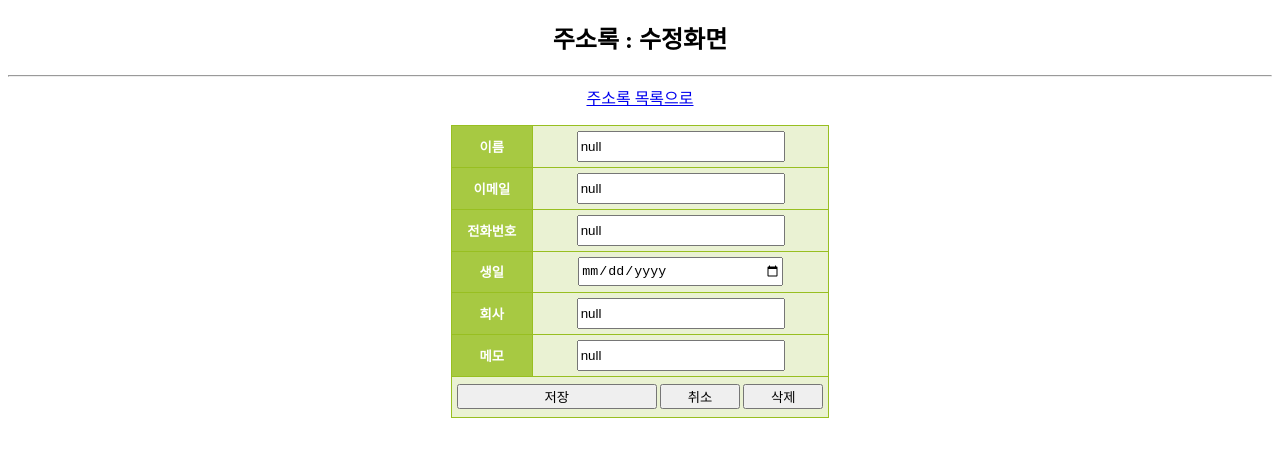
Repository: BeigeBear/TEST
Page: http://localhost/Addrbook/WebContents/addrbook_form_edit.jsp
The author's editor kept a copy of each file at every save. The page is drawn from the files as they stood at one save, then again after the next save.
The browser window is 1280 px wide. The pictures show the whole page.
The page is served by Tomcat 9. Nobody is signed in. The application's start-up code is not run. Other server files are loaded and not shown.

Above is the page before, as saved 2022-12-06 06:35:29.

### Addrbook/WebContents/addrbook_form_edit.jsp
<%@ page language="java" contentType="text/html; charset=UTF-8"
    pageEncoding="UTF-8"
    errorPage="addrbook_error.jsp"
    import="com.addrbook.model.*, java.util.*" %>

<jsp:useBean id="addr" scope="request" class="com.addrbook.model.AddrDto" />

<!DOCTYPE html>
<html>
<head>

	<script>
		function delcheck(){
			result = confirm("정말로 삭제하시겠습니까?");

			if(result){
				document.form1.action.value="delete";
				document.form1.submit();
			}
			else {
				return;
			}
		}
	</script>
	<meta charset="UTF-8">
	<link rel="stylesheet" href="addrbook.css" type="text/css" media="screen"/>
</head>

<title>주소록 : 수정화면</title>

<body>
<div align="center">
	<h2>주소록 : 수정화면</h2>
	<hr>
	<a href=index.jsp>주소록 목록으로</a><p>
	<form name=form1 method=post action="Addrbook/update.do" >
	<input type=hidden name="id" value="<%=addr.getId()%>">

	<table border="1">
		<tr>
		<th>이름</th>
		<td><input type="text" name = "name" value="<%=addr.getName() %>" ></td>
		</tr>

		<tr>
		<th>이메일</th>
		<td><input type="text" name = "email" value="<%=addr.getEmail() %>" ></td>
		</tr>

		<tr>
		<th>전화번호</th>
		<td><input type="text" name = "tel" value="<%=addr.getTel() %>"></td>
		</tr>

		<tr>
		<th>생일</th>
		<td><input type="date" name = "birth" value="<%=addr.getBirth() %>"></td>
		</tr>

		<tr>
		<th>회사</th>
		<td><input type="text" name = "comdept" value="<%=addr.getComdept() %>"></td>
		</tr>

		<tr>
		<th>메모</th>
		<td><input type="text" name = "memo" value="<%=addr.getMemo() %>"></td>
		</tr>

		<tr>
		<td colspan=2 align=center>
		<input type = "submit" value="저장">
		<input type = "reset" value="취소">
		<input type="button" value="삭제" onClick="delcheck()"></td>
		</tr>

	</table>


	</form>





</div>
</body>

</html>

### Addrbook/src/main/java/com/addrbook/model/AddrDto.java
package com.addrbook.model;

public class AddrDto {

	// 멤버 변수 선언
	private int id;
	private String name;
	private String email;
	private String tel;
	private String birth;
	private String comdept;
	private String memo;

	public AddrDto() {
	}

	public AddrDto(int id, String name, String email, String comdept, String birth, String tel, String memo) {
		this.id = id;
		this.name = name;
		this.email = email;
		this.comdept = comdept;
		this.birth = birth;
		this.tel = tel;
		this.memo = memo;
	}

	public int getId() {
		return id;
	}

	public void setId(int id) {
		this.id = id;
	}

	public String getName() {
		return name;
	}

	public void setName(String name) {
		this.name = name;
	}

	public String getEmail() {
		return email;
	}

	public void setEmail(String email) {
		this.email = email;
	}

	public String getTel() {
		return tel;
	}

	public void setTel(String tel) {
		this.tel = tel;
	}

	public String getBirth() {
		return birth;
	}

	public void setBirth(String birth) {
		this.birth = birth;
	}

	public String getComdept() {
		return comdept;
	}

	public void setComdept(String comdept) {
		this.comdept = comdept;
	}

	public String getMemo() {
		return memo;
	}

	public void setMemo(String memo) {
		this.memo = memo;
	}

}

### Addrbook/WebContents/addrbook.css
@charset "UTF-8";

table{
    width :auto;
    border-collapse: collapse;
    text-align: center;
}


td, th{
    font-size: 10pt;
    border: 1px solid #98bf21;
    height: 30px;
    padding: 5px;
}

th{
    background-color: #a7c942;
    color: #ffffff;
    font-family: Georgia;
}


tr td{
    color: #000;
    background-color: #eaf2d3;
}

input{
    height: 25px;
    width: 200px;
}
input [type="submit"], [type="reset"], [type="button"]{
    height: 25px;
    width: 80px;
}

After the next save:
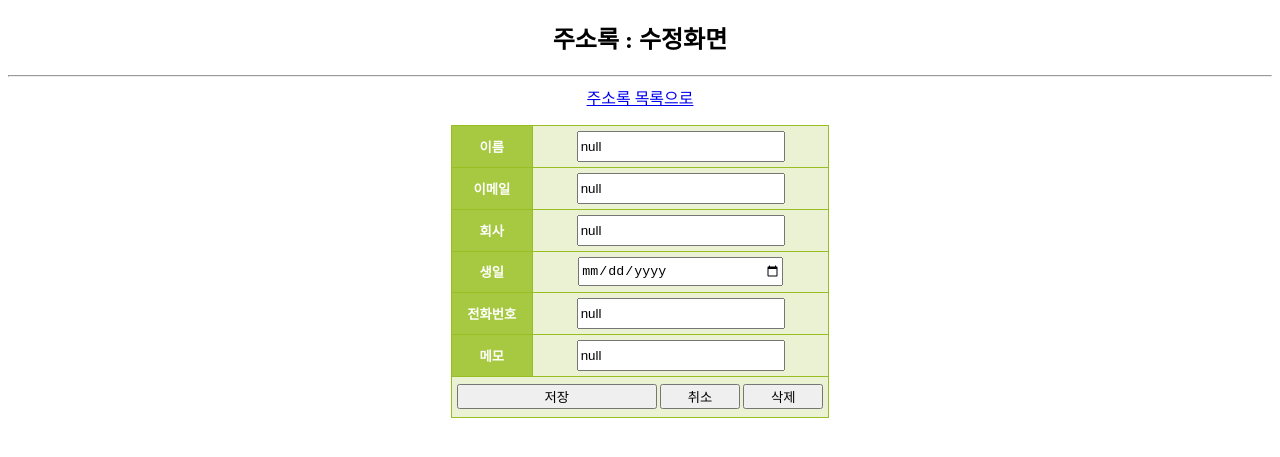
Saved 42 s later.
--- a/Addrbook/WebContents/addrbook_form_edit.jsp
+++ b/Addrbook/WebContents/addrbook_form_edit.jsp
@@ -33,7 +33,10 @@
 	<h2>주소록 : 수정화면</h2>
 	<hr>
 	<a href=index.jsp>주소록 목록으로</a><p>
-	<form name=form1 method=post action="Addrbook/update.do" >
+	<form name = form1
+		method = post
+		action ="Addrbook/update.do" >
+
 	<input type=hidden name="id" value="<%=addr.getId()%>">
 
 	<table border="1">
@@ -48,8 +51,8 @@
 		</tr>
 
 		<tr>
-		<th>전화번호</th>
-		<td><input type="text" name = "tel" value="<%=addr.getTel() %>"></td>
+		<th>회사</th>
+		<td><input type="text" name = "comdept" value="<%=addr.getComdept() %>"></td>
 		</tr>
 
 		<tr>
@@ -58,8 +61,8 @@
 		</tr>
 
 		<tr>
-		<th>회사</th>
-		<td><input type="text" name = "comdept" value="<%=addr.getComdept() %>"></td>
+		<th>전화번호</th>
+		<td><input type="text" name = "tel" value="<%=addr.getTel() %>"></td>
 		</tr>
 
 		<tr>
